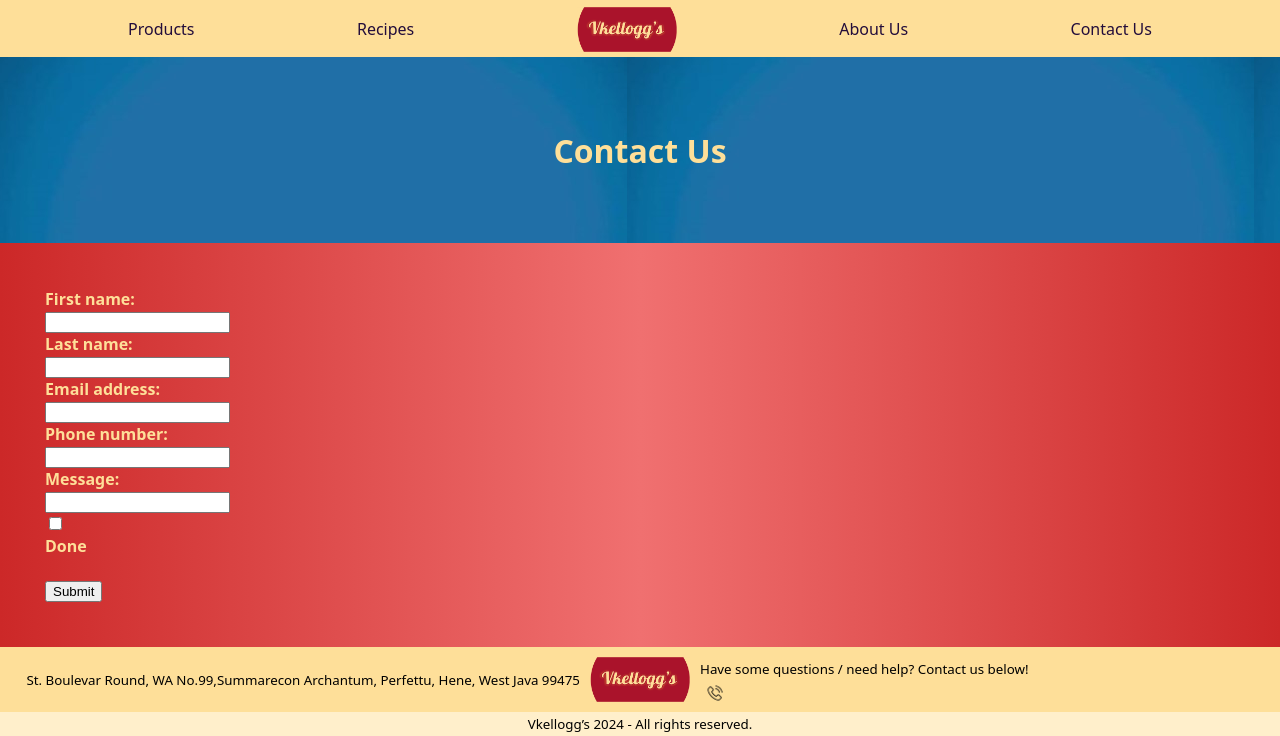
Repository: sugralld/VKelloggs
Page: Code and Assets/html/contactus.html
These files come from the project's save history. The page is drawn as it stood at one moment and after the next save; the edit follows.
The browser window is 1280 px wide. The pictures show the whole page.

Above is the page before, as saved 2024-12-03 20:57:49.

### Code and Assets/html/contactus.html
<!DOCTYPE html>
<html lang="en">
<head>
    <meta charset="UTF-8">
    <meta name="viewport" content="width=device-width, initial-scale=1.0">
    <title>Contact Us | Vkellogg's</title>
    <link rel="stylesheet" href="../css/headerfooternavbar.css">
    <link rel="stylesheet" href="../css/contactus.css">
</head>
<body>
    <!-- header navigation -->
    <header>
        <nav>
            <div class="navbar-menu">
                <div><a class="navbar-link1" href="../html/products.html">Products</a></div>
                <div><a class="navbar-link2" href="../html/recipes.html">Recipes</a></div>
                <div class="navbar-link3"><a href="../html/homepage.html"><img src="../asset/Screenshot 2024-05-30 105858.png" width="100" height="45" alt=""></a></div>
                <div><a class="navbar-link4" href="../html/aboutus.html">About Us</a></div>
                <div><a class="navbar-link5" href="../html/contactus.html">Contact Us</a></div>
            </div>
        </nav>
    </header>

    <!-- Header Contact Us -->
    <div class="header">
        <h1>Contact Us</h1>
    </div>

    <!-- Form Contact Us -->
     <div class="form">
        <form action="" method = "post">
            <label for="firstname">First name: </label>
            <input type="text" name="firstname" id="firstname">
            <br>

            <label for="lastname">Last name: </label>
            <input type="text" name="lastname" id="lastname">
            <br>

            <label for="email">Email address: </label>
            <input type="text" name="email" id="email">
            <br>

            <label for="phonenum">Phone number: </label>
            <input type="text" name="phonenum" id="phonenum">
            <br>

            <label for="message">Message: </label>
            <input type="text" name="message" id="message">
            <br>

            <input type="checkbox" name="agreement" id="agreement">
            <label for="agreement">Done</label>
            <br>

            <button type="button" onclick="validateData()">Submit</button>
        </form>
        <script src="../js/contactus.js"></script>
     </div>

     <!-- Footer -->
    <footer class="footer">
        <div class="upperfooter">
            <div class="footert1"><p>St. Boulevar Round, WA No.99,Summarecon Archantum, Perfettu, Hene, West Java 99475</p></div>
            <div class="footert2"><img src="../asset/Screenshot 2024-05-30 105858.png" width="100" height="45" alt=""></div>
            <div class="footert3">
                <p class="footert4">Have some questions / need help? Contact us below!</p>
                <a href="../html/contactus.html"><img src="../asset/image-removebg-preview (27).png" width="30" height="auto" alt=""></a>
            </div>
        </div>
        <div class="lowerfooter">
            <p class="textlowerfooter">Vkellogg’s 2024  -  All rights reserved.
            </p>
        </div>
     </footer>

</body>
</html>

### Code and Assets/css/headerfooternavbar.css
body {
    margin: 0;
    font-family: system-ui;
}

.navbar-menu{
    display: flex;
    justify-content: space-between;
    align-items: center;
    padding: 0px 10%;
    background-color: #FEDF99;
}

a:hover{
    background-color: #F5F5F5;
    border-radius: 30px;
    color: #CC2828;
}

.navbar-link1,.navbar-link2,.navbar-link4,.navbar-link5{
    font-family: system-ui;
    font-weight: 500;
    text-decoration: none;
    color: #230D3B;
}

.navbar-link3{
    display: block;
    margin-top: 0.7%;
    margin-bottom: 0px;
}

.footer{
    position: bot;
}

.upperfooter{
    display: flex;
    background-color: #FEDF99;
    justify-content: center;
    align-items: center;
}

.footert1,.footert3{
    padding: 0px 10px;
    display: block;
    width: 1200px;
    font-size: smaller;
}

.footert1{
    text-align: right;
}

.footert3{
    text-align: left;
}

.footert2{
    margin-top: 4px;
}

.lowerfooter{
    background-color: #FFEFCB;
    padding: 0;
    margin: 0px;
}

.textlowerfooter{
    margin: 0;
    padding: 3px;
    font-size: smaller;
    text-align: center;
}

.footert4{
    margin-bottom: 0;
}

### Code and Assets/css/contactus.css
.header{
    background-image: url(../asset/copydesktop-wallpaper-kellogg-s-frosted-flakes-breakfast-cereal-original-33-5-oz-box.jpg);
    display: block;
    padding: 50px;
    text-align: center;
    color: #FEDF99;
}

.form{
    background: linear-gradient(0.25turn,#CC2828,#F07070,#CC2828);
    padding: 45px;
    font-weight: bold;
    color: #FEDF99;
}

.form label{
    display: block;
}

.form input[type="text"],
.form input[type=],

.form button {
    width: calc(100% - 20px); /* Lebar penuh dikurangi margin */
    max-width: 100%; /* Mencegah input melampaui layar */
    margin: 0 auto 15px; /* Jarak antar elemen */
    padding: 10px; /* Tambahkan padding untuk kenyamanan pengguna */
    box-sizing: border-box; /* Termasuk padding dalam perhitungan lebar */
}

### Code and Assets/js/contactus.js
function wordLen(str) {
    const value = str.trim().split(/\s+/);
    return value.length;
}

function checkAlphaNum(password){
    var isAlpha = false;
    var isNum = false;
    for(let i=0; i<password.length; i++){
        if(isNaN(password[i])){
            isAlpha = true;
        }
        else{
            isNum = true;
        }

        if(isAlpha || isNum){
            return true;
        }
    }
    return false;
}


function validateData(){
    var firstname = document.getElementById("firstname");
    var lastname = document.getElementById("lastname");
    var email = document.getElementById("email");
    var phonenum = document.getElementById("phonenum");
    var message = document.getElementById("message");
    var agreement = document.getElementById("agreement");

    if(!checkAlphaNum(firstname.value)){
        alert("First name must be alphabet!");
    }
    else if(!checkAlphaNum(lastname.value)){
        alert("Last name must be alphabet!");
    }
    else if(!email.value.endsWith("@gmail.com")){
        alert("Email must end with '@gmail.com'!");
    }
    else if(!checkAlphaNum(phonenum.value)){
        alert("Phone number must be numeric!");
    }
    else if(wordLen(message.value)<5){
        alert("Message must be at least 5 words!");
    }
    else if(!agreement.checked){
        alert("'Done' checkbox must be checked!");
    }
    else{
        alert("Message Submitted.");
    }

}

After the next save:
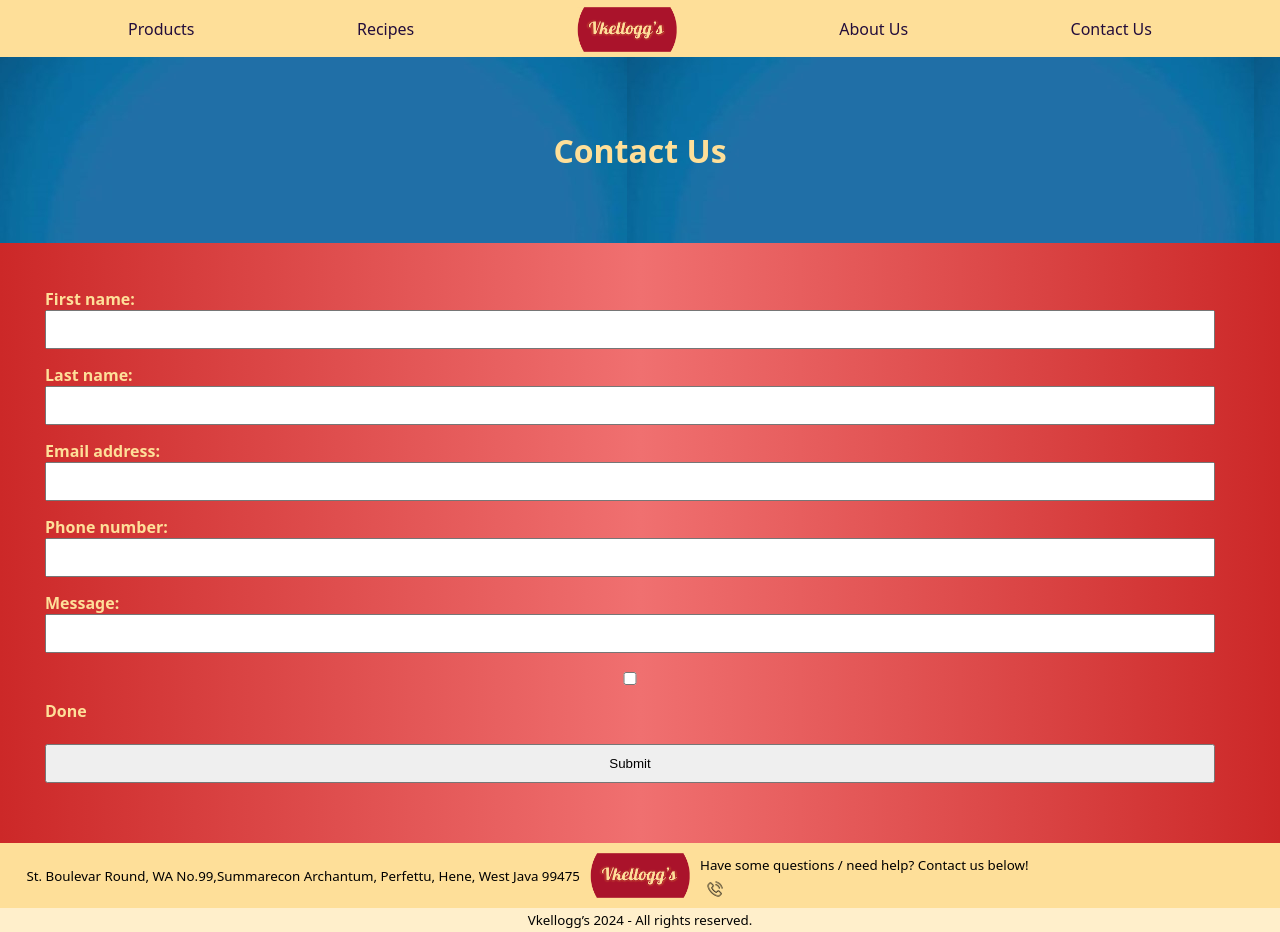
Saved 4 s later.
--- a/Code and Assets/css/contactus.css
+++ b/Code and Assets/css/contactus.css
@@ -18,7 +18,7 @@
 }
 
 .form input[type="text"],
-.form input[type=],
+.form input[type="checkbox"],
 
 .form button {
     width: calc(100% - 20px); /* Lebar penuh dikurangi margin */
